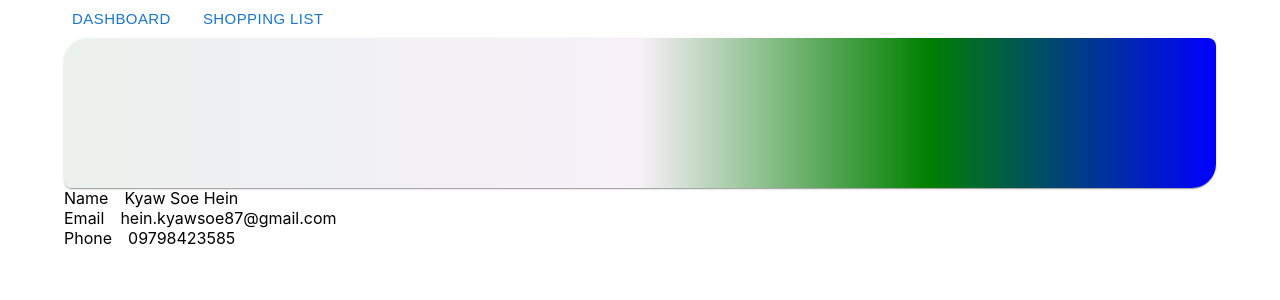
Repository: KyawSoeHein/GoogleAuthReact
Page: /
These files come from the project's save history. The page is drawn as it stood at one moment and after the next save; the edit follows.
The browser window is 1280 px wide. The pictures show the whole page.
The project was rebuilt for these pictures with package versions that can differ from the ones it lists, and the page was loaded fresh each time. Also part of the build but not shown: src/App.css.

Above is the page before, as saved 2022-02-14 19:28:49.

### src/index.tsx
import React from "react";
import ReactDOM from "react-dom";
import "./index.css";
import App from "./App";
import Dashboard from "./View/Dashboard";
import reportWebVitals from "./reportWebVitals";

ReactDOM.render(
  <React.StrictMode>
    <Dashboard />
  </React.StrictMode>,
  document.getElementById("root")
);

// If you want to start measuring performance in your app, pass a function
// to log results (for example: reportWebVitals(console.log))
// or send to an analytics endpoint. Learn more: https://bit.ly/CRA-vitals
reportWebVitals();

### src/View/Dashboard.tsx
import React from "react";
import { Container, Grid, Stack } from "@mui/material";
import MenuSelection from "../Components/MenuSelection";
import CoverAndProfilePhoto from "../Components/CoverAndProfilePhoto";

const Dashboard = () => {
  return (
    <Grid>
      <Container>
        <MenuSelection />

        <CoverAndProfilePhoto />

        <Stack direction={"row"} spacing={2}>
          <div>Name</div>
          <div>Kyaw Soe Hein</div>
        </Stack>

        <Stack direction={"row"} spacing={2}>
          <div>Email</div>
          <div>hein.kyawsoe87@gmail.com</div>
        </Stack>

        <Stack direction={"row"} spacing={2}>
          <div>Phone</div>
          <div>09798423585</div>
        </Stack>
      </Container>
    </Grid>
  );
};

export default Dashboard;

### src/Components/MenuSelection.tsx
import React from "react";
import { Button, Stack } from "@mui/material";
import "../App.css";

const MenuSelection = () => {
  const buttonFontSize = 15;

  return (
    <Stack direction={"row"} spacing={2}>
      <Button sx={{ fontSize: buttonFontSize, fontFamily: "sans-serif" }}>
        Dashboard
      </Button>
      <Button sx={{ fontSize: buttonFontSize, fontFamily: "sans-serif" }}>
        Shopping List
      </Button>
    </Stack>
  );
};

export default MenuSelection;

### src/Components/CoverAndProfilePhoto.tsx
import React from "react";
import { Button, Paper, Stack } from "@mui/material";
import "../App.css";

const CoverAndProfilePhoto = () => {
  return (
    <Paper
      elevation={1}
      sx={{
        height: 150,
        borderTopRightRadius: 8,
        borderTopLeftRadius: 24,
        borderBottomLeftRadius: 8,
        borderBottomRightRadius: 24,
        background:
          "linear-gradient(to right, rgb(235,241,237), rgb(241,241,244), rgb(247,240,248), green, blue)",
      }}
    ></Paper>
  );
};

export default CoverAndProfilePhoto;

Loaded but not shown: public/index.html (common file); src/index.css (common file); src/reportWebVitals.ts (common file)

After the next save:
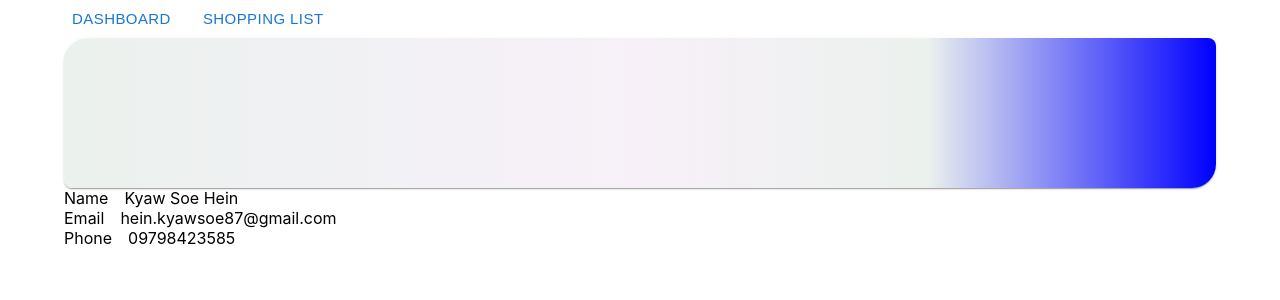
Saved 11 s later.
--- a/src/Components/CoverAndProfilePhoto.tsx
+++ b/src/Components/CoverAndProfilePhoto.tsx
@@ -13,7 +13,7 @@ const CoverAndProfilePhoto = () => {
         borderBottomLeftRadius: 8,
         borderBottomRightRadius: 24,
         background:
-          "linear-gradient(to right, rgb(235,241,237), rgb(241,241,244), rgb(247,240,248), green, blue)",
+          "linear-gradient(to right, rgb(235,241,237), rgb(241,241,244), rgb(247,240,248), rgb(235,241,237), blue)",
       }}
     ></Paper>
   );
